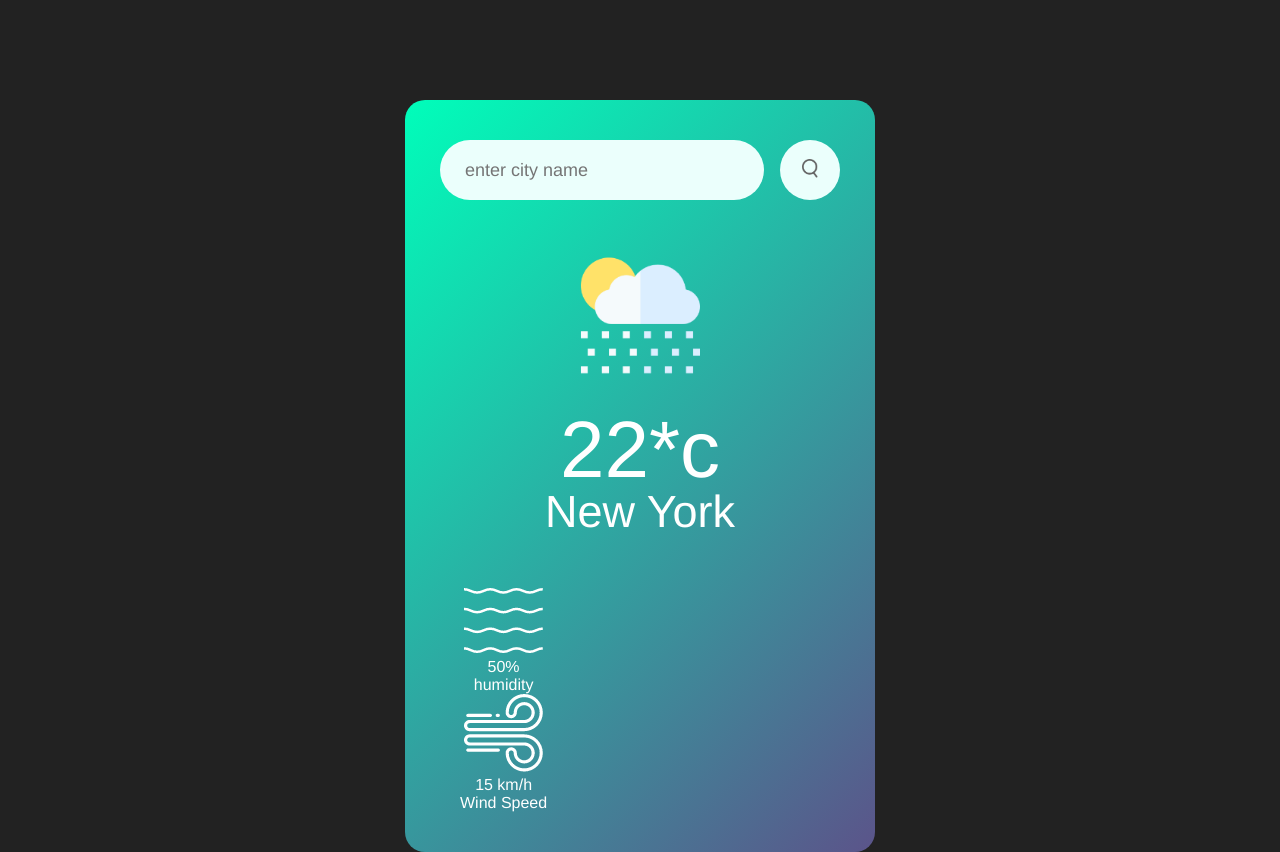
Repository: sodmaq/weatherApp
Page: index.html
These files come from the project's save history. The page is drawn as it stood at one moment and after a run of saves; the edit follows.
The browser window is 1280 px wide. The pictures show the whole page.

Above is the page before, as saved 2023-06-24 22:41:37.

After the next 3 saves:
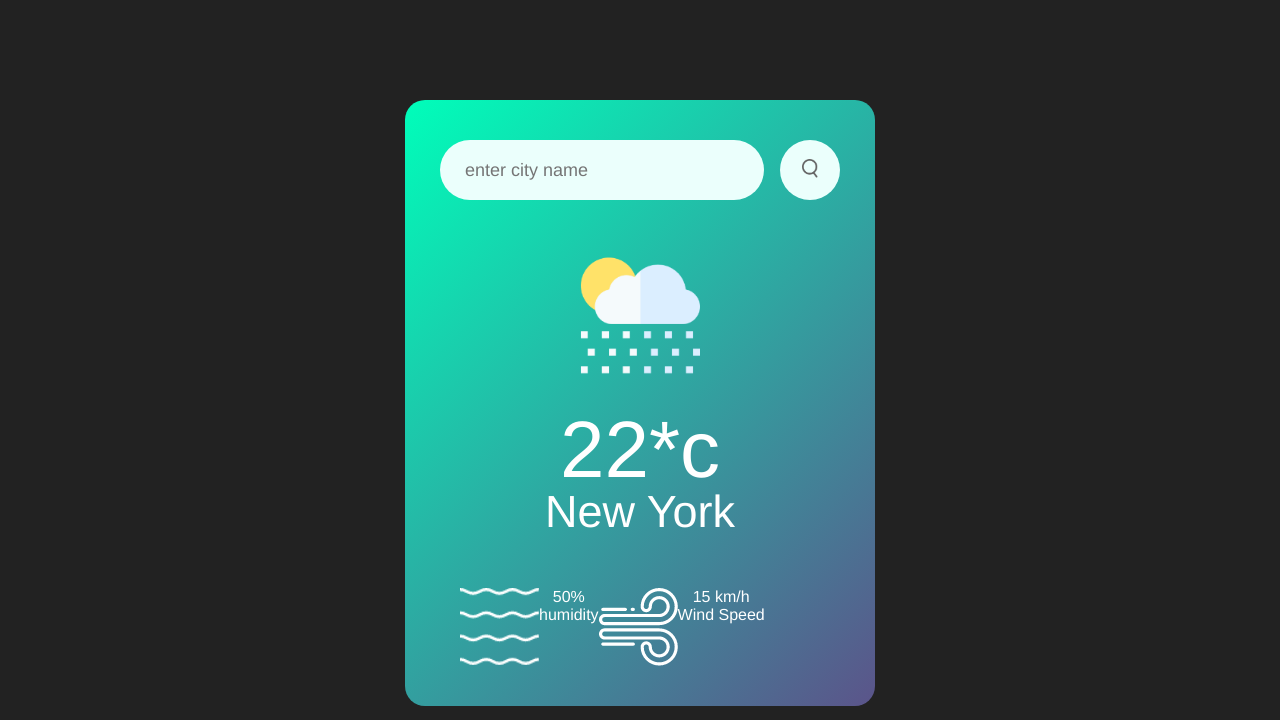
The 3 saves are shown as one change because they came seconds apart.
The last was saved 10 s later.
--- a/style.css
+++ b/style.css
@@ -72,4 +72,7 @@ body {
   margin-top: 50px;
 }
 
-.col{}
+.col{
+    display: flex;
+    al
+}
